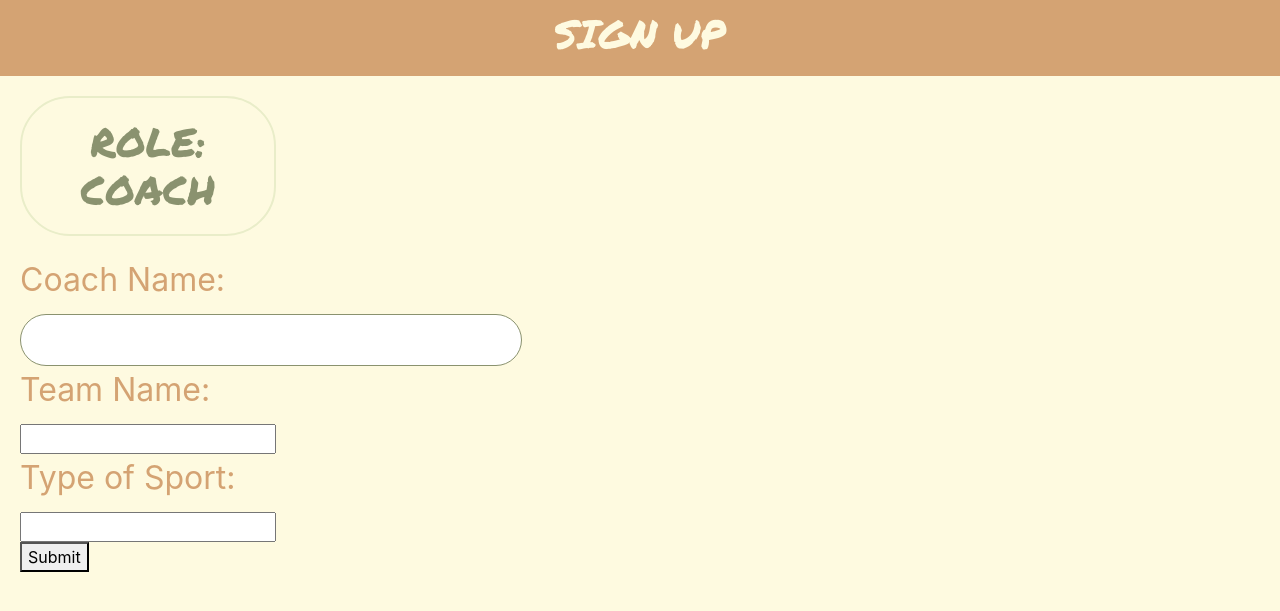
Repository: Aryaholmukhe/treasureHacks
Page: http://localhost/coach
The author's editor kept a copy of each file at every save. The page is drawn from the files as they stood at one save, then again after the next save.
The browser window is 1280 px wide. The pictures show the whole page.
The page is served by the project's Node server (server.js). Queries for data that is not in the repository find no rows.

Above is the page before, as saved 2022-03-26 19:50:20.
Console error: ReferenceError: Coach is not defined

### views/signup/coach.ejs
<html lang="en">

<head>
    <meta charset="UTF-8">
    <meta http-equiv="X-UA-Compatible" content="IE=edge">
    <meta name="viewport" content="width=device-width, initial-scale=1.0">
    <link rel="stylesheet" href="https://cdn.jsdelivr.net/npm/bootstrap@4.6.1/dist/css/bootstrap.min.css">
    <script src="https://cdn.jsdelivr.net/npm/jquery@3.6.0/dist/jquery.slim.min.js"></script>
    <script src="https://cdn.jsdelivr.net/npm/popper.js@1.16.1/dist/umd/popper.min.js"></script>
    <script src="https://cdn.jsdelivr.net/npm/bootstrap@4.6.1/dist/js/bootstrap.bundle.min.js"></script>
    <link rel="preconnect" href="https://fonts.googleapis.com">
    <link rel="preconnect" href="https://fonts.gstatic.com" crossorigin>
    <link href="https://fonts.googleapis.com/css2?family=Permanent+Marker&display=swap" rel="stylesheet">
    <link rel="stylesheet" href="../views/public/main.css">

    <title>COACH SIGN UP</title>
</head>

<body style="background-color: #FEFAE0">

    <!-- CHANGE PADDINGS TO BOOTSTRAP4 -->
    <div class="header" style="color: #FEFAE0; text-align: center; font-family: 'Permanent Marker', cursive; background-color: #D4A373; padding: 10px 0px;">
        <h1>SIGN UP</h1>
    </div>

    <h1 class="role" style="font-family: 'Permanent Marker', cursive; color: #8A926F; padding: 20px 20px; border-radius: 50px; border: 2px solid #E9EDC9; width: 20%; margin: 20px 20px; text-align: center">ROLE: COACH</h1>

    <form action="/coach" method="post" style="margin-left: 20px">

        <label class="label" for="coachName" style="color: #D4A373; font-size: 32px;">Coach Name: </label>
        <input class="input" type="text" name="coachName" style="border: 1px solid #8A926F; background-color: none; border-radius: 50px; font-size: 32px">
<br>
        <label class="label" for="teamName" style="color: #D4A373; font-size: 32px;">Team Name: </label>
        <input class="input" type="text" name="teamName">
<br>
        <label class="label" for="sportType" style="color: #D4A373; font-size: 32px;">Type of Sport: </label>
        <input class="input" type="text" name="sportType">
<br>


            <button type="submit" class="add">Submit</button>
        </div>
    </form>
    </div>


    <script src="./coach.js"></script>

</html>

### server.js
//jshint esversion:6

const express = require("express");
const bodyParser = require("body-parser");
const mongoose = require("mongoose");
const _ = require("lodash");
const { join } = require("path");
require("dotenv").config();
const app = express();

// TWILIO STUFF

const accountSID = process.env.ACCOUNT_SID;
const authToken = process.env.AUTH_TOKEN;

const client = require('twilio')(accountSID, authToken);


app.set('view engine', 'ejs');

app.use(bodyParser.urlencoded({ extended: true }));
app.use(express.static("public"));

app.get("/auth_config.json", (req, res) => {
    res.sendFile(join(__dirname, "/auth_config.json"));
})

// for each team member
mongoose.connect("mongodb://localhost:27017/teamMembersDB", { useNewUrlParser: true });

const membersSchema = new mongoose.Schema({
    name: String,
    role: String,
    age: Number,
    email: String,
    phone: String,
    progress: []
});

let members = [];

const Member = mongoose.model("Member", membersSchema);

// to identify teams
const teamSchema = new mongoose.Schema({
    coachName: String,
    team: [{ name: String }, { sport: String }]
})

const Team = mongoose.model("Team", teamSchema);

// When no members are present
const noMember = new Member({
    name: "No members yet"
})


// get requests

app.get("/signup", (req, res) => {
    res.render("signup/signup")
})
let person = "";
app.get("/coach", (req, res) => {
    person = "Coach"
    res.render("signup/coach");
})

app.get("/player", (req, res) => {
    person = "Team Member"
    res.render("signup/player")
})

app.get("/", (req, res) => {
    Member.find({}, function (err, foundMembers) {

        if (foundMembers.length === 0) {
            members.push(noMember)
            Member.insertMany(members, function (err) {
                if (err) {
                    console.log(err);
                } else {
                    console.log("Successfully saved members to DB.");
                }
            });
            // res.redirect("/");
        } else {
            Member.deleteOne({ "name": "No members yet" }, (err, person) => {
                if (err) return handleError(err);
            })
            res.render('index', { allMembers: foundMembers, person: person })
        }
    });
})

app.get("/:personName", function (req, res) {
    const personName = _.capitalize(req.params.personName);
    let person;
    Member.find({ id: personName }, (err, person) => {
        person = person.name;
    })
    res.send(personName);
    // res.render("account", { personName: personName });
});


// post requests

app.post("/", (req, res) => {

    const playerName = req.body.newPlayer;
    const role = req.body.newRole;
    const listName = req.body.list;
    const player = new Member({
        name: playerName,
        role: role
    })
    player.save();
    res.redirect("/")
})

app.post("/delete", function (req, res) {
    const removedPlayer = req.body.checkbox;

    Member.findByIdAndRemove(removedPlayer, function (err) {
        if (!err) {
            console.log("Successfully deleted player.");
            res.redirect("/");
        } else { console.log(err) }
    });

})

app.post("/coach", (req, res) => {
    const coachName = req.body.coachName;
    const teamName = req.body.teamName;
    const sportType = req.body.sportType;
    teams = new Team({
        coachName: coachName,
        team: [{ name: teamName, sport: sportType }]
    })
    res.redirect("/")
})

app.post("/announcements", (req, res) => {
    const message = req.body.message;
    members.forEach(member => {
        client.messages.create({
            to: member.phone,
            from: process.env.TWILIO_PHONE_NUMBER, //is this going to be dynamic?
            body: message
        })
            .then((message) => {
                console.log(message.sid)
                res.redirect("/")
            });
    })
})

app.listen(3000, function () {
    console.log("Server started on port 3000");
});

### views/public/main.css
.hidden {
    display: none;
  }

  label {
    margin-bottom: 10px;
    display: block;
    color: purple;
  }
  body{
    background-color:blue;
  }

After the next save:
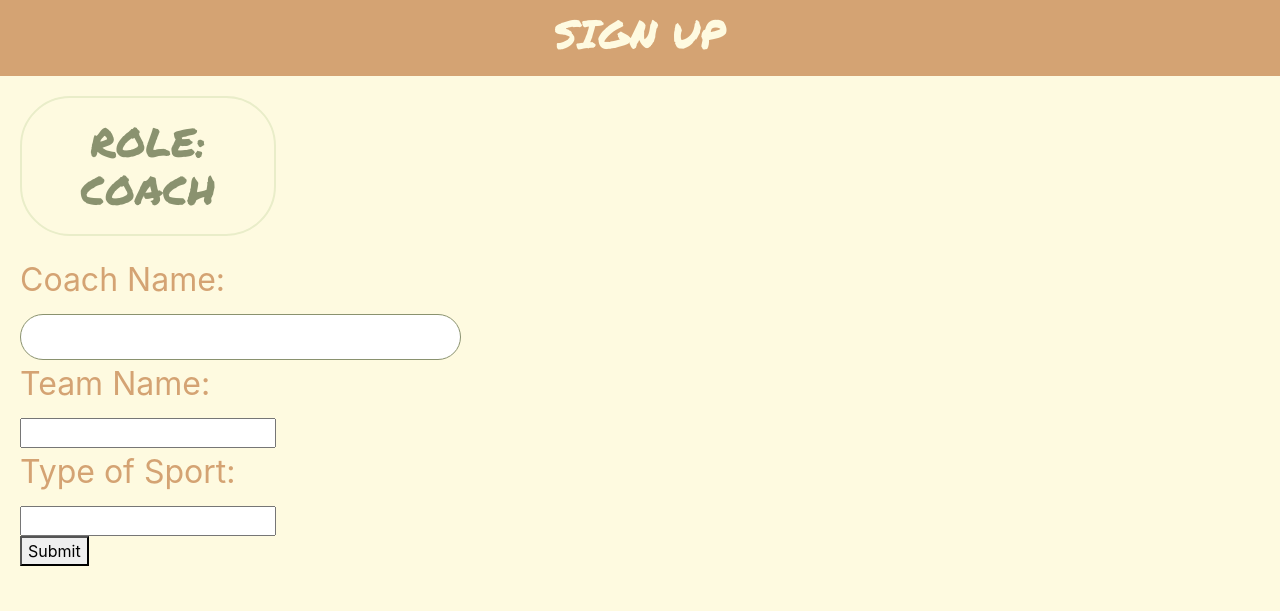
Saved 21 s later.
--- a/views/signup/coach.ejs
+++ b/views/signup/coach.ejs
@@ -28,7 +28,7 @@
     <form action="/coach" method="post" style="margin-left: 20px">
 
         <label class="label" for="coachName" style="color: #D4A373; font-size: 32px;">Coach Name: </label>
-        <input class="input" type="text" name="coachName" style="border: 1px solid #8A926F; background-color: none; border-radius: 50px; font-size: 32px">
+        <input class="input" type="text" name="coachName" style="border: 1px solid #8A926F; background-color: none; border-radius: 50px; font-size: 28px">
 <br>
         <label class="label" for="teamName" style="color: #D4A373; font-size: 32px;">Team Name: </label>
         <input class="input" type="text" name="teamName">
